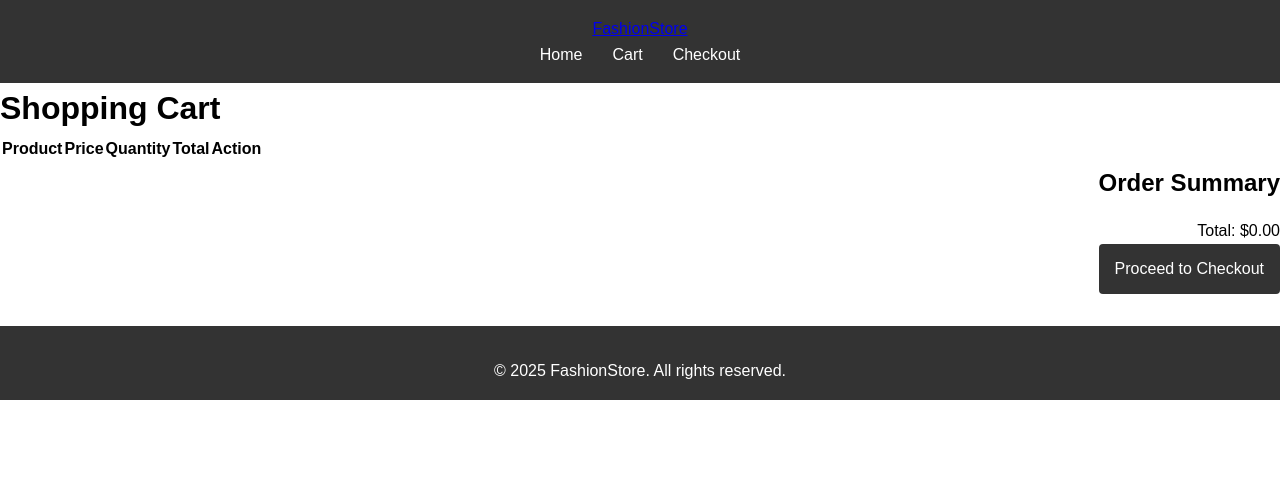
Repository: Patience225/ecommerce-app
Page: cart.html
The author's editor kept a copy of each file at every save. The page is drawn from the files as they stood at one save, then again after a run of saves.
The browser window is 1280 px wide. The pictures show the whole page.

Above is the page before, as saved 2025-01-30 10:25:49.
Console error: TypeError: Cannot set properties of null (setting 'innerHTML')

### cart.html
<!DOCTYPE html>
<html lang="en">
<head>
  <meta charset="UTF-8">
  <meta name="viewport" content="width=device-width, initial-scale=1.0">
  <title>Cart - FashionStore</title>
  <link rel="stylesheet" href="css/style.css">
</head>
<body>
  <header>
    <nav class="navbar">
      <a href="index.html" class="logo">FashionStore</a>
      <ul class="nav-links">
        <li><a href="index.html">Home</a></li>
        <li><a href="cart.html" class="active">Cart</a></li>
        <li><a href="checkout.html">Checkout</a></li>
      </ul>
    </nav>
  </header>

  <main>
    <h1>Shopping Cart</h1>
    <section id="cart-container" class="cart-container">
      <table>
        <thead>
          <tr>
            <th>Product</th>
            <th>Price</th>
            <th>Quantity</th>
            <th>Total</th>
            <th>Action</th>
          </tr>
        </thead>
        <tbody id="cart-items">
          <!-- Cart items will be dynamically populated here -->
        </tbody>
      </table>
      <div class="cart-summary">
        <h2>Order Summary</h2>
        <p id="cart-total">Total: $0.00</p>
        <button id="checkout-button" class="checkout-button">Proceed to Checkout</button>
      </div>
    </section>
  </main>

  <footer>
    <p>&copy; 2025 FashionStore. All rights reserved.</p>
  </footer>

  <script src="js/cart.js"></script>
</body>
</html>

### css/style.css
* {
  margin: 0;
  padding: 0;
  box-sizing: border-box;
}

body {
  font-family: 'Arial', sans-serif;
  line-height: 1.6;
}

header {
  background: #333;
  color: #fff;
  padding: 1em;
  text-align: center;
}

nav ul {
  display: flex;
  justify-content: center;
  list-style: none;
}

nav ul li {
  margin: 0 15px;
}

nav ul li a {
  color: white;
  text-decoration: none;
}

.hero {
  background: url('../assets/images/hero.jpg') no-repeat center center/cover;
  color: white;
  text-align: center;
  padding: 3em 1em;
}

.products {
  padding: 2em 1em;
}

.product-grid {
  display: grid;
  grid-template-columns: repeat(auto-fill, minmax(200px, 1fr));
  gap: 1em;
}

footer {
  background: #333;
  color: white;
  text-align: center;
  padding: 1em;
  margin-top: 2em;
}

.cart {
  padding: 2em 1em;
}

.cart-items {
  display: flex;
  flex-direction: column;
  gap: 1em;
  margin-bottom: 2em;
}

.cart-item {
  display: flex;
  align-items: center;
  gap: 1em;
  border-bottom: 1px solid #ccc;
  padding-bottom: 1em;
}

.cart-item img {
  width: 100px;
  border-radius: 8px;
}

.cart-item-details {
  flex: 1;
}

.cart-item-title {
  font-size: 1.2rem;
  margin-bottom: 0.5em;
}

.cart-item-price {
  color: #333;
}

.cart-summary {
  text-align: right;
}

#checkout-btn {
  padding: 0.75em 1.5em;
  background-color: #333;
  color: white;
  border: none;
  cursor: pointer;
  border-radius: 4px;
}

#checkout-btn:hover {
  background-color: #555;
}

.checkout {
  padding: 2em;
  max-width: 600px;
  margin: 0 auto;
  background-color: #f9f9f9;
  border-radius: 8px;
}

.checkout h1 {
  text-align: center;
  margin-bottom: 1em;
}

form {
  display: flex;
  flex-direction: column;
  gap: 1em;
}

.form-group {
  display: flex;
  flex-direction: column;
}

label {
  font-weight: bold;
}

input, textarea, select {
  padding: 0.75em;
  border: 1px solid #ccc;
  border-radius: 4px;
}

button[type="submit"] {
  padding: 0.75em;
  background-color: #333;
  color: white;
  border: none;
  cursor: pointer;
  border-radius: 4px;
  text-align: center;
}

button[type="submit"]:hover {
  background-color: #555;
}

.auth-section {
  padding: 2em;
  max-width: 400px;
  margin: 0 auto;
  background-color: #f9f9f9;
  border-radius: 8px;
  text-align: center;
}

.auth-section h1 {
  margin-bottom: 1em;
}

form {
  display: flex;
  flex-direction: column;
  gap: 1em;
}

input {
  padding: 0.75em;
  border: 1px solid #ccc;
  border-radius: 4px;
}

button[type="submit"] {
  padding: 0.75em;
  background-color: #333;
  color: white;
  border: none;
  cursor: pointer;
  border-radius: 4px;
}

button[type="submit"]:hover {
  background-color: #555;
}

p {
  margin-top: 1em;
}

p a {
  color: #007BFF;
  text-decoration: none;
}

.search-filter-section {
  display: flex;
  justify-content: space-between;
  align-items: center;
  padding: 1em;
  background-color: #f5f5f5;
  margin-bottom: 1em;
  border-radius: 8px;
}

.search-bar {
  display: flex;
  gap: 0.5em;
}

.search-bar input {
  padding: 0.75em;
  border: 1px solid #ccc;
  border-radius: 4px;
}

.search-bar button {
  padding: 0.75em;
  background-color: #333;
  color: white;
  border: none;
  border-radius: 4px;
  cursor: pointer;
}

.search-bar button:hover {
  background-color: #555;
}

.filter-options select {
  padding: 0.75em;
  border: 1px solid #ccc;
  border-radius: 4px;
}

.checkout-form {
  max-width: 600px;
  margin: 2em auto;
  padding: 1.5em;
  background-color: #f9f9f9;
  border-radius: 8px;
  box-shadow: 0 4px 8px rgba(0, 0, 0, 0.1);
}

.checkout-form form {
  display: flex;
  flex-direction: column;
  gap: 1em;
}

.checkout-form label {
  font-weight: bold;
}

.checkout-form input,
.checkout-form select {
  padding: 0.75em;
  border: 1px solid #ddd;
  border-radius: 4px;
}

.checkout-button {
  padding: 1em;
  background-color: #333;
  color: white;
  border: none;
  border-radius: 4px;
  cursor: pointer;
  font-size: 1em;
}

.checkout-button:hover {
  background-color: #555;
}

### js/cart.js
// js/cart.js

// Sample cart data
const cartItems = [
    {
      id: 1,
      title: "Men's Belted Overcoat",
      price: 199.99,
      image: "assets/images/mens-belted-overcoat.jpg",
      quantity: 1
    },
    {
      id: 2,
      title: "Women's Bubble Hem Dress",
      price: 149.99,
      image: "assets/images/womens-bubble-hem-dress.jpg",
      quantity: 2
    }
  ];

  // Function to display cart items
  function displayCartItems() {
    const cartItemsContainer = document.querySelector('.cart-items');
    cartItemsContainer.innerHTML = '';

    cartItems.forEach(item => {
      const cartItemElement = document.createElement('div');
      cartItemElement.classList.add('cart-item');

      cartItemElement.innerHTML = `
        <img src="${item.image}" alt="${item.title}">
        <div class="cart-item-details">
          <h2 class="cart-item-title">${item.title}</h2>
          <p class="cart-item-price">$${item.price.toFixed(2)}</p>
          <p>Quantity: ${item.quantity}</p>
        </div>
      `;

      cartItemsContainer.appendChild(cartItemElement);
    });

    updateCartTotal();
  }

  // Function to update cart total
  function updateCartTotal() {
    const cartTotalElement = document.getElementById('cart-total');
    const total = cartItems.reduce((sum, item) => sum + item.price * item.quantity, 0);
    cartTotalElement.textContent = total.toFixed(2);
  }

  // Initialize cart display
  window.onload = displayCartItems;

After the next 2 saves:
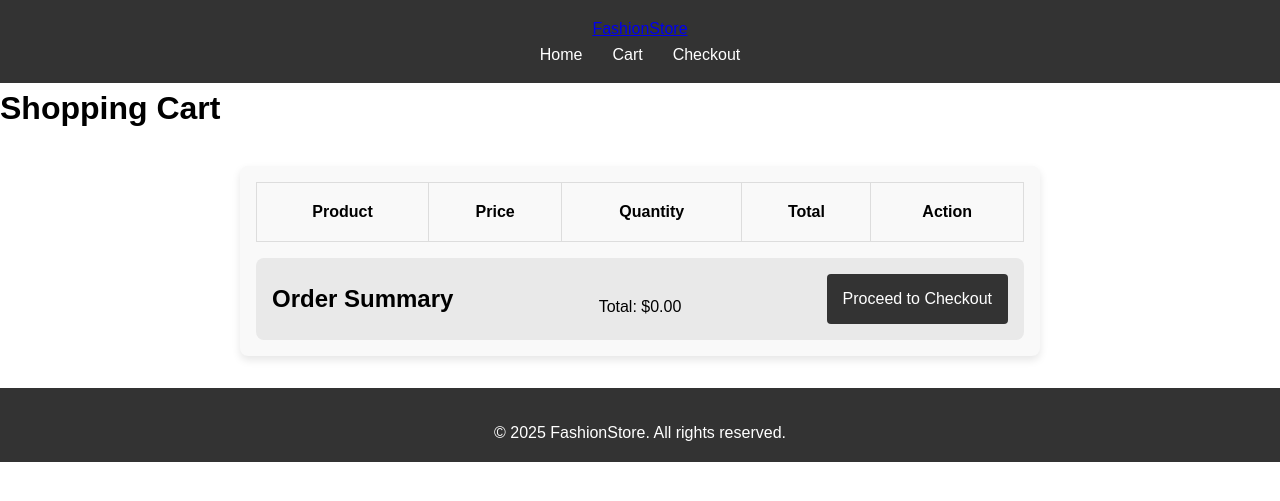
The 2 saves are shown as one change because they came seconds apart.
The last was saved 41 s later.
--- a/css/style.css
+++ b/css/style.css
@@ -284,3 +284,47 @@ p a {
 .checkout-button:hover {
   background-color: #555;
 }
+
+.cart-container {
+  max-width: 800px;
+  margin: 2em auto;
+  padding: 1em;
+  background-color: #f9f9f9;
+  border-radius: 8px;
+  box-shadow: 0 4px 8px rgba(0, 0, 0, 0.1);
+}
+
+.cart-container table {
+  width: 100%;
+  border-collapse: collapse;
+  margin-bottom: 1em;
+}
+
+.cart-container th, .cart-container td {
+  padding: 1em;
+  border: 1px solid #ddd;
+  text-align: center;
+}
+
+.cart-summary {
+  display: flex;
+  justify-content: space-between;
+  align-items: center;
+  background-color: #e9e9e9;
+  padding: 1em;
+  border-radius: 8px;
+}
+
+.checkout-button {
+  padding: 1em;
+  background-color: #333;
+  color: white;
+  border: none;
+  border-radius: 4px;
+  cursor: pointer;
+  font-size: 1em;
+}
+
+.checkout-button:hover {
+  background-color: #555;
+}
